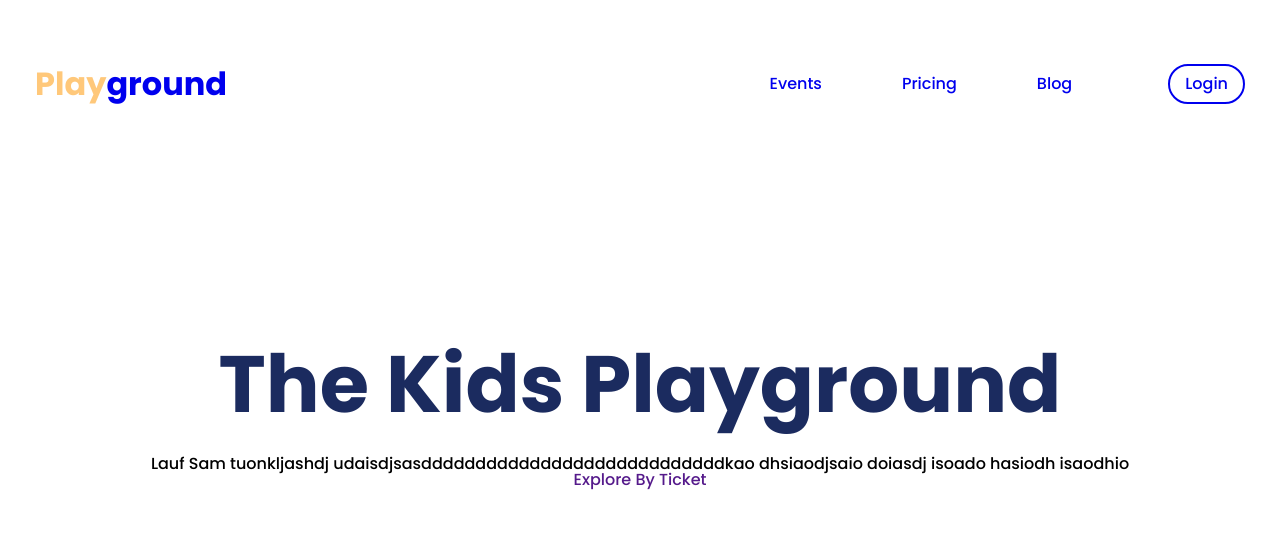
Repository: lausamtuong/Cut-psd-to-html
Page: index.html
The author's editor kept a copy of each file at every save. The page is drawn from the files as they stood at one save, then again after a run of saves.
The browser window is 1280 px wide. The pictures show the whole page.
The style sheet was rebuilt from its Sass, Less or Tailwind sources for each picture, by a compiler version that may differ from the author's.

Above is the page before, as saved 2021-12-06 15:32:51.

### index.html
<!DOCTYPE html>
<html lang="en">
<head>
    <meta charset="UTF-8">
    <meta http-equiv="X-UA-Compatible" content="IE=edge">
    <meta name="viewport" content="width=device-width, initial-scale=1.0">

    <title>Document</title>
    <link rel="stylesheet" href="style.css">
    <link rel="stylesheet" href="reset.css">
    <link href="https://fonts.googleapis.com/css2?family=Lato:ital,wght@1,700;1,900&family=Poppins:wght@300;500;700&display=swap" rel="stylesheet">

</head>
<body>
    <div class="wrapper">
        <header class="header">
            <div class="container header__iner">
                <a href="index.html" class="logo">
                    <span class="logo__text">Play</span>ground
                </a>
                <nav class="header__menu">
                    <ul class="header__menu-list">
                        <li class="header__menu-item">
                            <a href="#" class="header__menu-link">Events</a>
                        </li>
                        <li class="header__menu-item">
                            <a href="#" class="header__menu-link">Pricing</a>
                        </li>
                        <li class="header__menu-item">
                            <a href="#" class="header__menu-link">Blog</a>
                        </li>
                        <li class="header__menu-item">
                            <a href="#" class="header__menu-link header__menu-login">Login</a>
                        </li>
                    </ul>
                </nav>
            </div>
        </header>
        <section class="banner">
            <div class="container">
                <h1 class="banner__headding">
                    The Kids Playground
                </h1>
                <p class="banner__decs">Lauf Sam tuonkljashdj udaisdjsasddddddddddddddddddddddddddddkao dhsiaodjsaio doiasdj isoado hasiodh isaodhio</p>
                <div class="banner__buttons">
                    <a href="" class="btn">Explore</a>
                    <a href="" class="btn">By Ticket</a>
                </div>
            </div>
        </section>
    </div>
</body>
</html>

### reset.css
/* http://meyerweb.com/eric/tools/css/reset/
   v2.0 | 20110126
   License: none (public domain)
*/

html, body, div, span, applet, object, iframe,
h1, h2, h3, h4, h5, h6, p, blockquote, pre,
a, abbr, acronym, address, big, cite, code,
del, dfn, em, img, ins, kbd, q, s, samp,
small, strike, strong, sub, sup, tt, var,
b, u, i, center,
dl, dt, dd, ol, ul, li,
fieldset, form, label, legend,
table, caption, tbody, tfoot, thead, tr, th, td,
article, aside, canvas, details, embed,
figure, figcaption, footer, header, hgroup,
menu, nav, output, ruby, section, summary,
time, mark, audio, video {
	margin: 0;
	padding: 0;
	border: 0;
	font-size: 100%;
	font: inherit;
	vertical-align: baseline;
    font-family: "Poppins",sans-serif;
}
/* HTML5 display-role reset for older browsers */
article, aside, details, figcaption, figure,
footer, header, hgroup, menu, nav, section {
	display: block;
}
body {
	line-height: 1;
}
ol, ul {
	list-style: none;
}
blockquote, q {
	quotes: none;
}
blockquote:before, blockquote:after,
q:before, q:after {
	content: '';
	content: none;
}
table {
	border-collapse: collapse;
	border-spacing: 0;
}

### style.scss
$primary-color:#ffc87a;
$text-color:#1b2b5f;
a{
    text-decoration: none;
}
.container{
    padding: 0 20px;
    max-width: 1210px;
    margin: 0 auto;

}
.header{
    padding-top: 4rem;
    &__iner{
        display: flex;
        justify-content:space-between;
        align-items: center;

    }
    &__menu{
        &-list{
        display: flex;
        align-items: center;
        }
        &-item{
            margin-left: 5rem;
            &:last-child{
                margin-left: 6rem;
            }
        }
        &-link{
            font-size: 16px;
            &:hover{
                color:$primary-color;
                transition:  0.3s linear;
            }
        }
        &-login{
            padding: 10px 15px;
            display:inline-block;
            border:2px solid;
            border-radius: 100rem;
        }
    }
}
.logo{
font-size: 2rem;
font-weight: 600;
&:focus{
    color: $text-color;
}
&__text{
    color:$primary-color
}
}
.banner{
    padding-top:15rem;
    max-width: 80rem;
    margin: 0 auto;
    text-align: center;
    &__headding{
        font-size: 5rem;
        color:$text-color;
        font-weight: 900;
        margin-bottom: 2rem;
    }
}

After the next 2 saves:
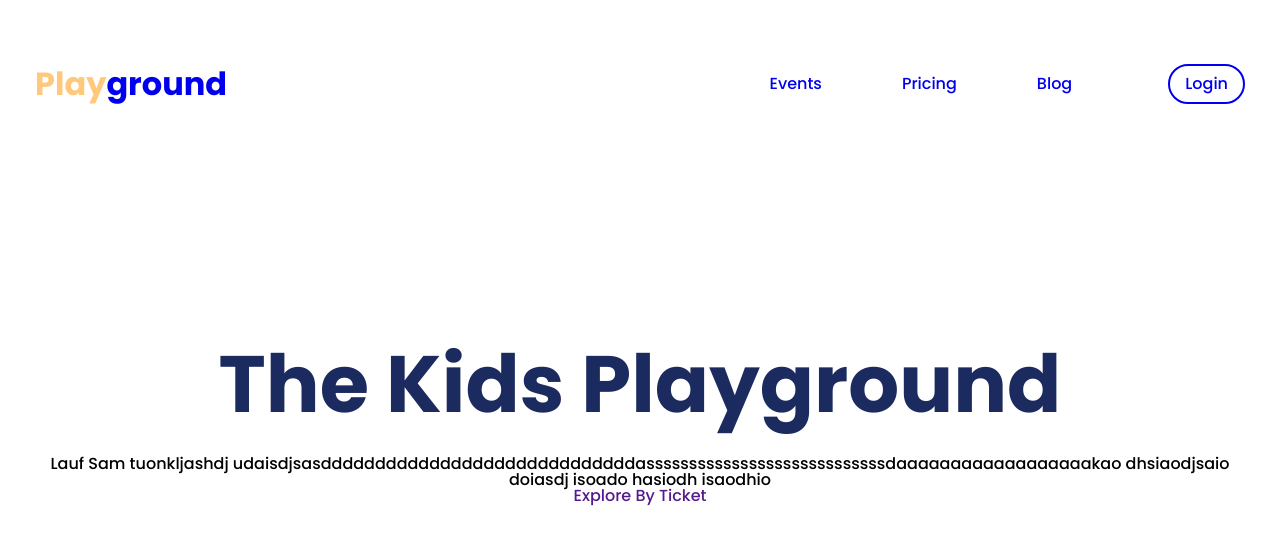
The 2 saves are shown as one change because they came seconds apart.
The last was saved 7 s later.
--- a/index.html
+++ b/index.html
@@ -41,7 +41,7 @@
                 <h1 class="banner__headding">
                     The Kids Playground
                 </h1>
-                <p class="banner__decs">Lauf Sam tuonkljashdj udaisdjsasddddddddddddddddddddddddddddkao dhsiaodjsaio doiasdj isoado hasiodh isaodhio</p>
+                <p class="banner__decs">Lauf Sam tuonkljashdj udaisdjsasdddddddddddddddddddddddddddddassssssssssssssssssssssssssssdaaaaaaaaaaaaaaaaaakao dhsiaodjsaio doiasdj isoado hasiodh isaodhio</p>
                 <div class="banner__buttons">
                     <a href="" class="btn">Explore</a>
                     <a href="" class="btn">By Ticket</a>
